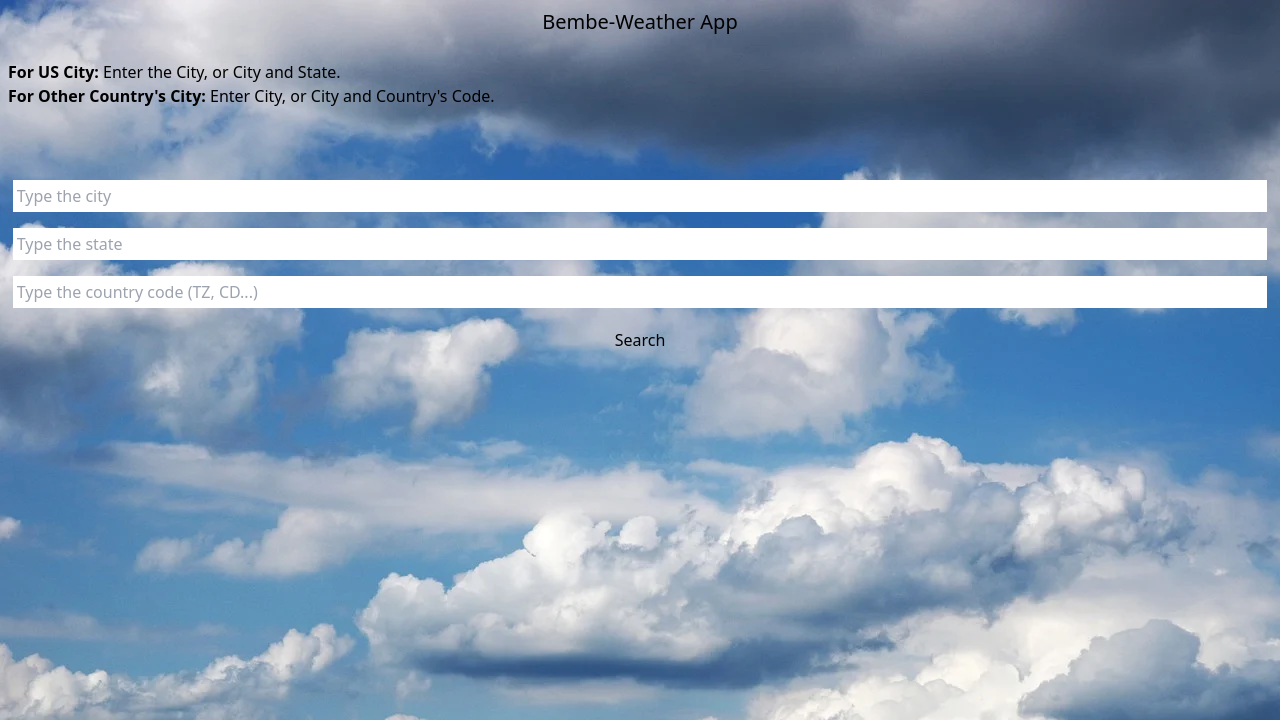
Repository: ShindanoSingi/bembe-weather
Page: /
An editor plug-in stored every save of this project. The page is shown before and after the next save, followed by the edit.
The browser window is 1280 px wide. The pictures show the whole page.
The page's requests for data from a server got no answer. The project was rebuilt for these pictures with package versions that can differ from the ones it lists, and the page was loaded fresh each time. No one was signed in, and anything a server would have sent is missing.

Above is the page before, as saved 2022-09-14 03:22:22.

After the next save:
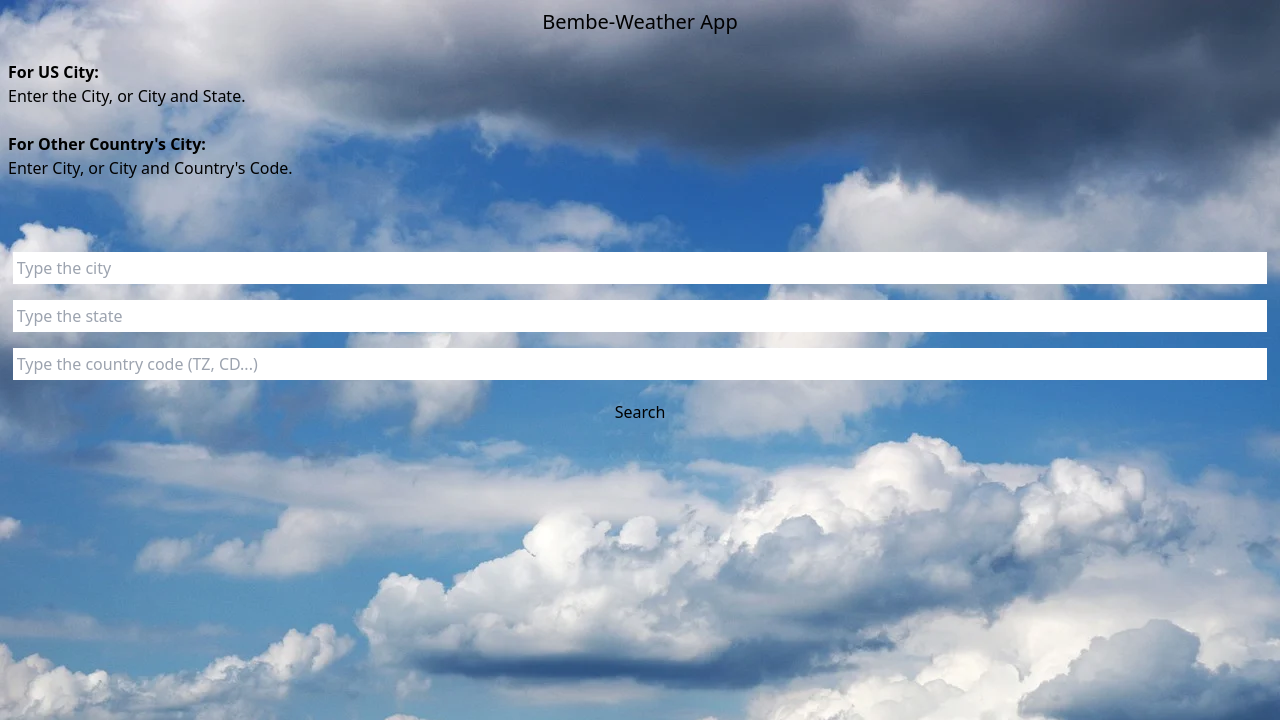
Saved 37 s later.
--- a/src/components/weatherPage.js
+++ b/src/components/weatherPage.js
@@ -68,7 +68,7 @@
     <div>
       <h1 className="py-2 text-xl text-center">Bembe-Weather App</h1>
 
-      <div className="px-2 w-[98vw] mt-4 message content-center">
+      <div className="px-2 w-[98vw] grid mt-4 message content-center">
         <strong>For US City: </strong><span>Enter the City, or City and State.</span><br></br>
         <strong>For Other Country's City: </strong><span>Enter City, or City and Country's Code.</span>
       </div>

After the save that followed:
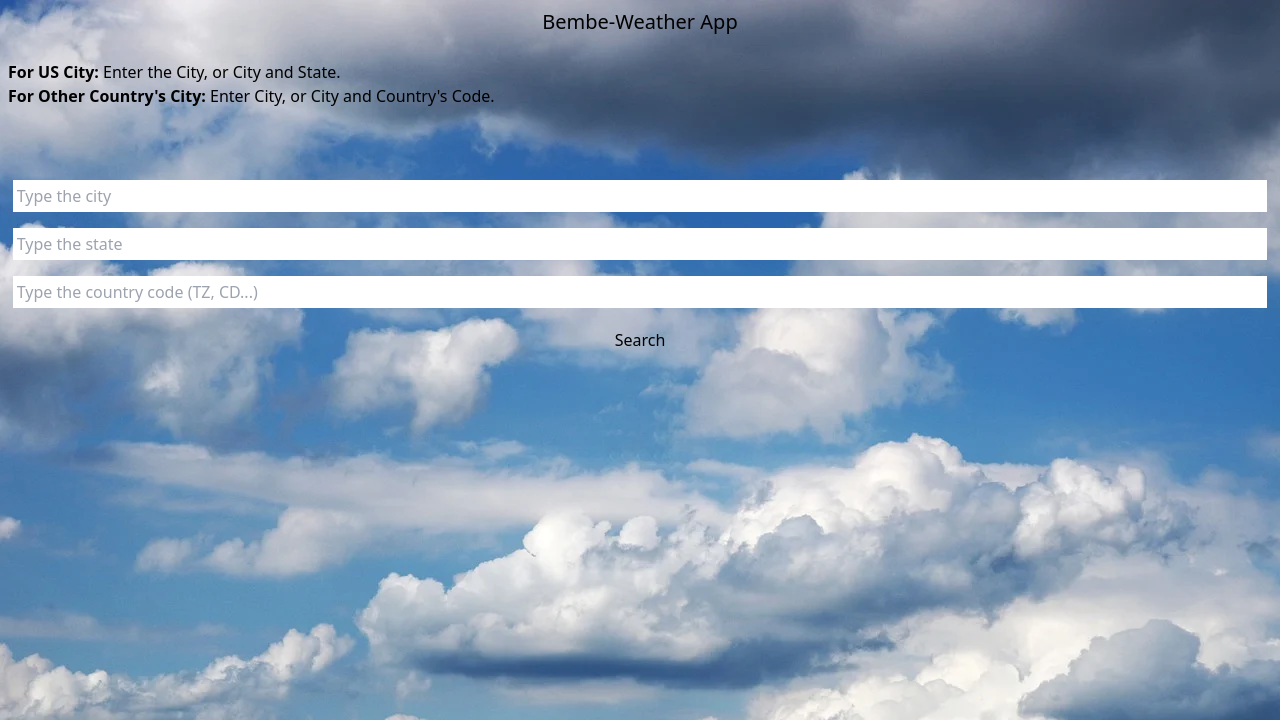
Saved 40 s later.
--- a/src/components/weatherPage.js
+++ b/src/components/weatherPage.js
@@ -68,7 +68,7 @@
     <div>
       <h1 className="py-2 text-xl text-center">Bembe-Weather App</h1>
 
-      <div className="px-2 w-[98vw] grid mt-4 message content-center">
+      <div className="px-2 w-[98vw] mt-4 message content-center">
         <strong>For US City: </strong><span>Enter the City, or City and State.</span><br></br>
         <strong>For Other Country's City: </strong><span>Enter City, or City and Country's Code.</span>
       </div>
